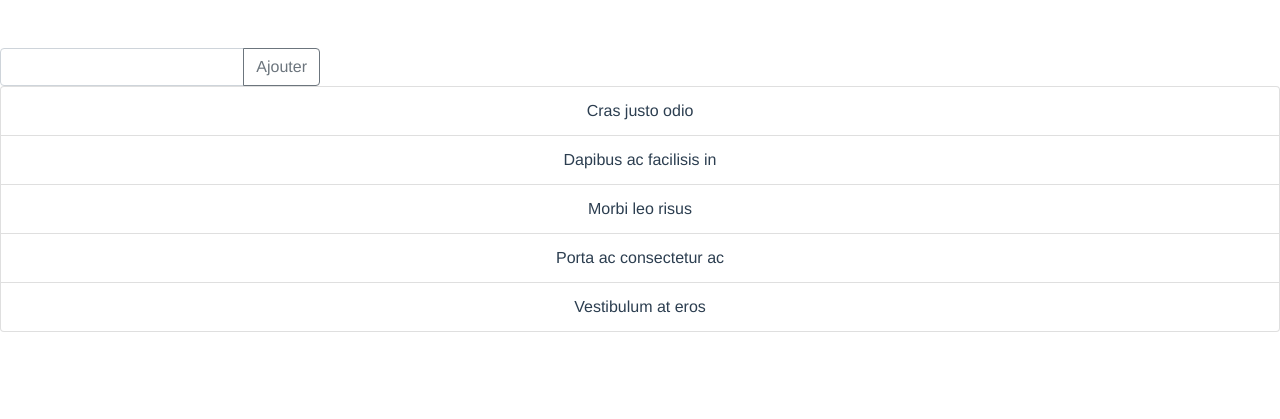
Repository: corentin-e-student/test-vue
Page: /
An editor plug-in stored every save of this project. The page is shown before and after the next save, followed by the edit.
The browser window is 1280 px wide. The pictures show the whole page.
The project was rebuilt for these pictures with package versions that can differ from the ones it lists, and the page was loaded fresh each time. Also part of the build but not shown: vue.config.js.

Above is the page before, as saved 2023-02-28 14:46:37.

### src/main.js
import Vue from 'vue'
import App from './App.vue'
import router from './router'
import store from './store'
import { BootstrapVue } from 'bootstrap-vue'

import 'bootstrap/dist/css/bootstrap.css'
import 'bootstrap-vue/dist/bootstrap-vue.css'

Vue.use(BootstrapVue)
Vue.config.productionTip = false

new Vue({
  router,
  store,
  render: h => h(App)
}).$mount('#app')

### src/views/HomeView.vue
<template>
  <div>
    <AddField/>
    <TodoList/>
  </div>
</template>

<script>
// @ is an alias to /src
import AddField from '@/components/AddField.vue'
import TodoList from '@/components/TodoList.vue'

export default {
  name: 'HomeView',
  components: {
    AddField,
    TodoList,
  }
}
</script>

### src/components/AddField.vue
<template>
  <div class="hello">
    <b-input-group class="w-25 mt-5">
      <b-form-input type="number" min="0.00"></b-form-input>
      <b-input-group-append>
        <b-button variant="outline-secondary">Ajouter</b-button>
      </b-input-group-append>
    </b-input-group>
  </div>
</template>

<script>
  export default {
      name: 'TotoVueComponent',
  }
</script>

### src/components/TodoList.vue
<template>
    <div class="hello">
        <b-list-group>
            <b-list-group-item>Cras justo odio</b-list-group-item>
            <b-list-group-item>Dapibus ac facilisis in</b-list-group-item>
            <b-list-group-item>Morbi leo risus</b-list-group-item>
            <b-list-group-item>Porta ac consectetur ac</b-list-group-item>
            <b-list-group-item>Vestibulum at eros</b-list-group-item>
        </b-list-group>
    </div>
  </template>

  <script>
    export default {
        name: 'TotoVueComponent',
    }
  </script>

Loaded but not shown: public/index.html (common file); src/App.vue (common file); src/router/index.js (common file); src/store/index.js (no copy from this time; the picture is the same without it)

After the next save:
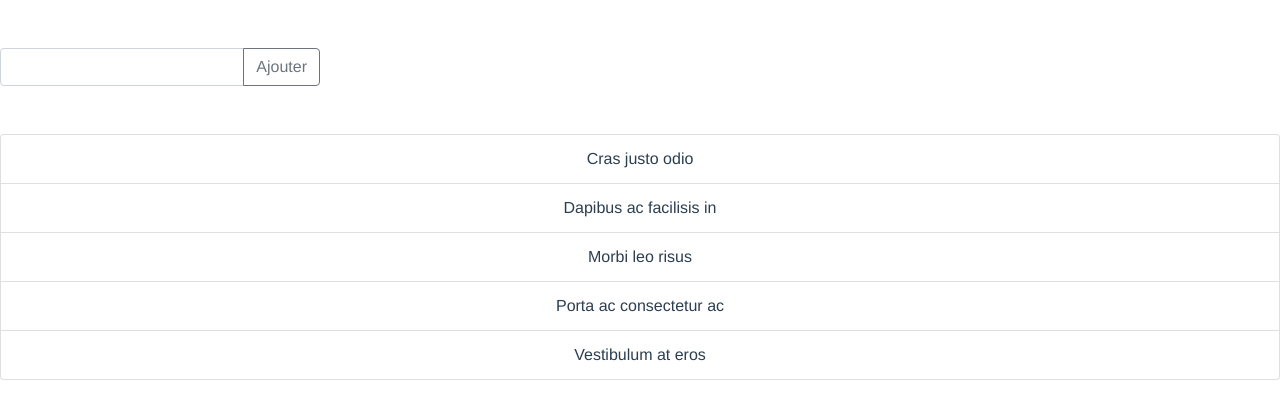
Saved 16 s later.
--- a/src/components/TodoList.vue
+++ b/src/components/TodoList.vue
@@ -1,6 +1,6 @@
 <template>
     <div class="hello">
-        <b-list-group>
+        <b-list-group class="mt-5">
             <b-list-group-item>Cras justo odio</b-list-group-item>
             <b-list-group-item>Dapibus ac facilisis in</b-list-group-item>
             <b-list-group-item>Morbi leo risus</b-list-group-item>
